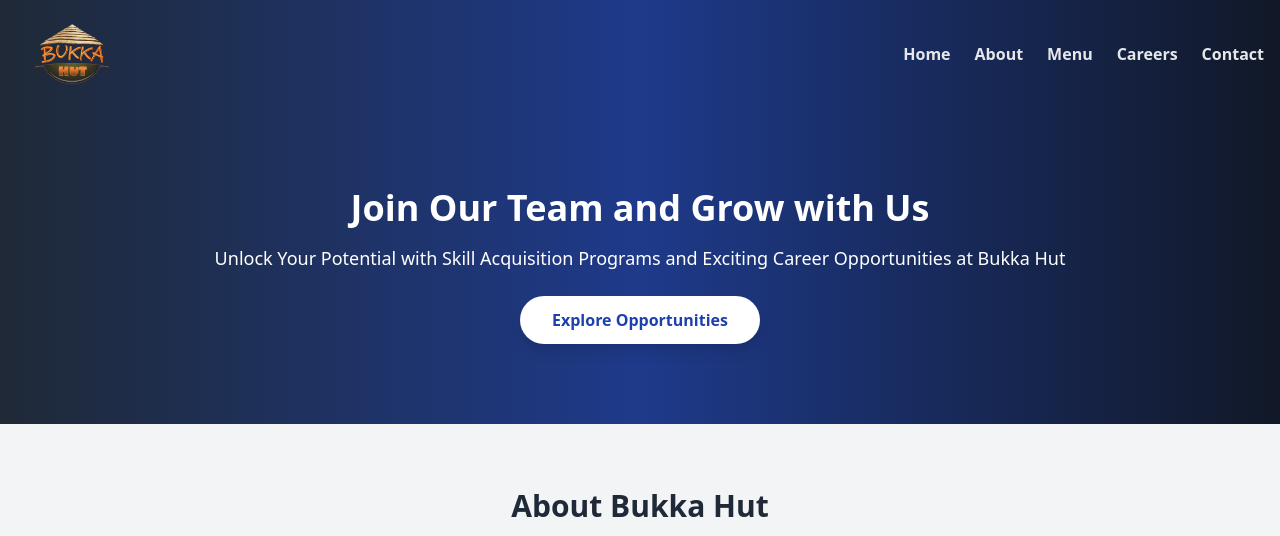
Repository: countaustin1990/BUKKAHUT
Page: Careers.html
The author's editor kept a copy of each file at every save. The page is drawn from the files as they stood at one save, then again after the next save.
The browser window is 1280 px wide. The pictures show the part of the page from y = 0 to 536 px (the page is 2630 px tall).
A picture or video elsewhere on the page could not be fetched, so the positions and the page height are approximate. Some web libraries are served in a nearby version.

Above is the page before, as saved 2024-08-27 18:13:13.

After the next save:
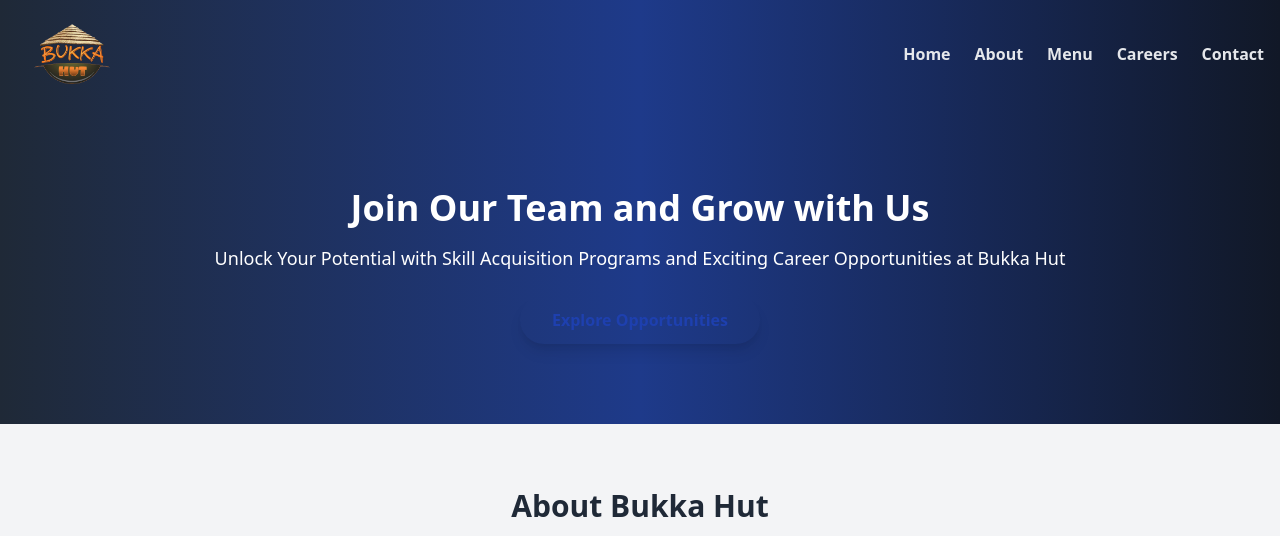
Saved 76 s later.
--- a/Careers.html
+++ b/Careers.html
@@ -47,7 +47,7 @@
         <div class="container mx-auto text-center">
             <h1 class="text-4xl font-bold">Join Our Team and Grow with Us</h1>
             <p class="mt-4 text-lg">Unlock Your Potential with Skill Acquisition Programs and Exciting Career Opportunities at Bukka Hut</p>
-            <a href="#job-openings" class="mt-6 inline-block bg-white text-blue-800 px-8 py-3 rounded-full font-semibold shadow-lg hover:bg-orange-700">Explore Opportunities</a>
+            <a href="#job-openings" class="mt-6 inline-block bg-orange-700 hover:bg-orange-600 text-blue-800 px-8 py-3 rounded-full font-semibold shadow-lg hover:bg-orange-700">Explore Opportunities</a>
         </div>
     </section>
 
